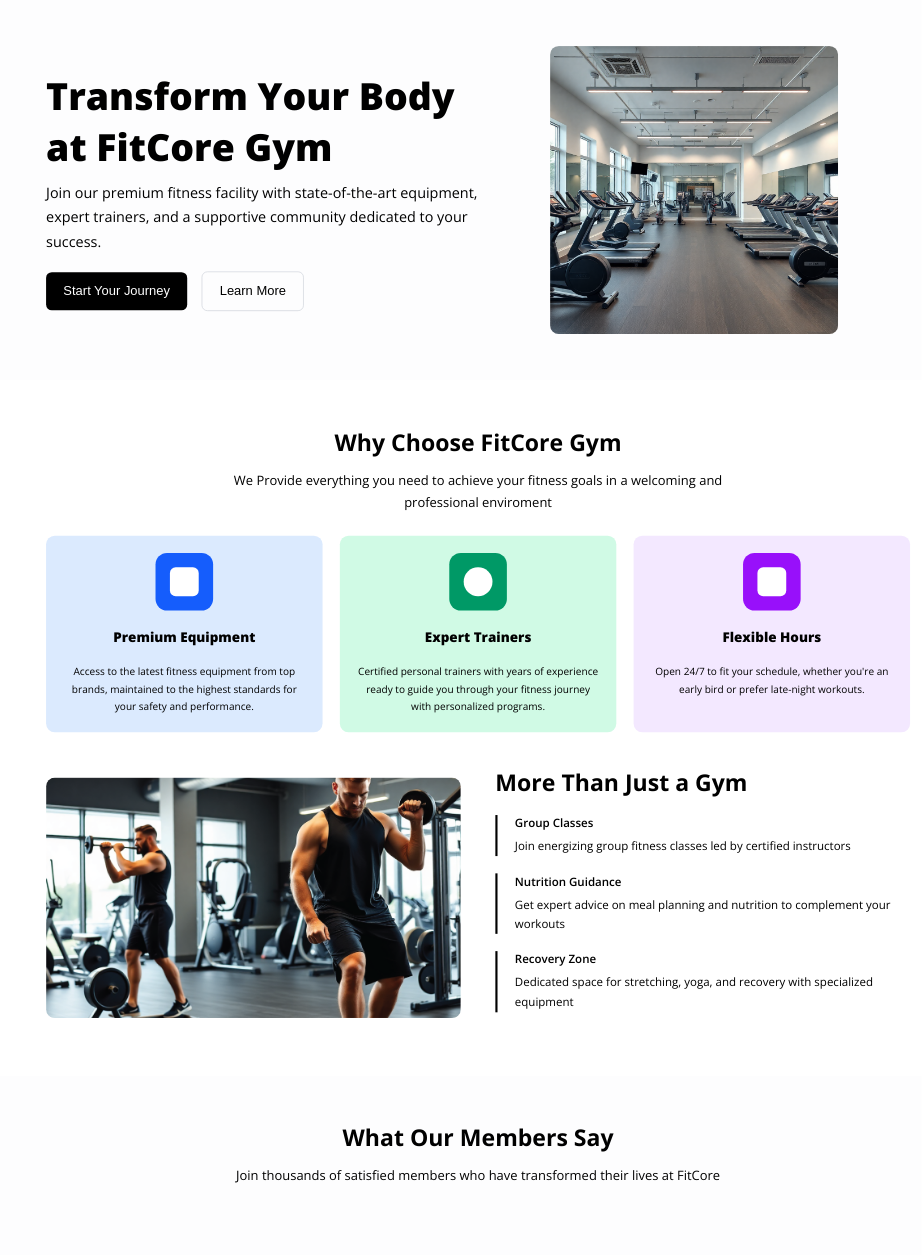
Repository: abdobadawi-ops/Route-Academy-Assignments
Page: Secon Assignment - fit-core-gym/index.html
The author's editor kept a copy of each file at every save. The page is drawn from the files as they stood at one save, then again after the next save.
The browser window is 1280 px wide. The pictures show the whole page, at 72% of full size.

Above is the page before, as saved 2026-04-28 13:30:57.

### Secon Assignment - fit-core-gym/index.html
<!doctype html>
<html lang="en">
  <head>
    <meta charset="UTF-8" />
    <meta name="viewport" content="width=device-width, initial-scale=1.0" />
    <title>FitCore Gym | Assignment 2</title>
    <meta
      name="description"
      content="Transform Your Body at FitCore Gym, We provide everything you need to achieve your fitness goals in a welcoming and professional environment."
    />
    <link rel="shortcut icon" href="./imgs/favicon.png" type="image/x-icon" />
    <link rel="preconnect" href="https://fonts.googleapis.com" />
    <link rel="preconnect" href="https://fonts.gstatic.com" crossorigin />
    <link
      href="https://fonts.googleapis.com/css2?family=Open+Sans:ital,wght@0,300..800;1,300..800&display=swap"
      rel="stylesheet"
    />
    <link rel="stylesheet" href="./style.css" />
  </head>
  <body>
    <header>
      <div class="container grid-2-cols">
        <div class="left">
          <h1>Transform Your Body at FitCore Gym</h1>
          <p>
            Join our premium fitness facility with state-of-the-art equipment,
            expert trainers, and a supportive community dedicated to your
            success.
          </p>
          <div class="buttons">
            <button class="btn btn--main">Start Your Journey</button>
            <button class="btn btn--alt">Learn More</button>
          </div>
        </div>
        <img src="./imgs/hero-section-img.png" alt="fitcore gym" />
      </div>
    </header>

    <section>
      <div class="container">
        <div class="section-heading">
          <h2>Why Choose FitCore Gym</h2>
          <p>
            We Provide everything you need to achieve your fitness goals in a
            welcoming and professional enviroment
          </p>
        </div>

        <div class="features grid-3-cols">
          <div class="feat">
            <div class="icon">
              <div></div>
            </div>
            <h3>Premium Equipment</h3>
            <p>
              Access to the latest fitness equipment from top brands, maintained
              to the highest standards for your safety and performance.
            </p>
          </div>
          <div class="feat">
            <div class="icon">
              <div></div>
            </div>
            <h3>Expert Trainers</h3>
            <p>
              Certified personal trainers with years of experience ready to
              guide you through your fitness journey with personalized programs.
            </p>
          </div>
          <div class="feat">
            <div class="icon">
              <div></div>
            </div>
            <h3>Flexible Hours</h3>
            <p>
              Open 24/7 to fit your schedule, whether you're an early bird or
              prefer late-night workouts.
            </p>
          </div>
        </div>

        <div class="premium grid-2-cols">
          <img
            src="./imgs/why-choose-us.png"
            alt="Men left weights in the gym"
          />
          <div class="items">
            <h3>More Than Just a Gym</h3>
            <div class="item">
              <h4>Group Classes</h4>
              <p>
                Join energizing group fitness classes led by certified
                instructors
              </p>
            </div>
            <div class="item">
              <h4>Nutrition Guidance</h4>
              <p>
                Get expert advice on meal planning and nutrition to complement
                your workouts
              </p>
            </div>
            <div class="item">
              <h4>Recovery Zone</h4>
              <p>
                Dedicated space for stretching, yoga, and recovery with
                specialized equipment
              </p>
            </div>
          </div>
        </div>
      </div>
    </section>

    <section class="special-bg">
      <div class="container">
        <div class="section-heading">
          <h2>What Our Members Say</h2>
          <p>
            Join thousands of satisfied members who have transformed their lives
            at FitCore
          </p>
        </div>

        <div class="testimonials"></div>
      </div>
    </section>
  </body>
</html>

### Secon Assignment - fit-core-gym/style.css
/* variables */
:root {
  --main-color: #000;
  --section-color: #fdfdfe;
}

/* global rules */
* {
  box-sizing: border-box;
  margin: 0;
  padding: 0;
}

body {
  font-family: "Open Sans", sans-serif;
}

.container {
  width: 1200px;
  margin-inline: auto;
}

section {
  padding: 64px;
}

.special-bg {
  background-color: var(--section-color);
}

/* components */
.grid-2-cols {
  display: grid;
  grid-template-columns: repeat(2, 1fr);
  align-items: center;
}

.grid-3-cols {
  display: grid;
  grid-template-columns: repeat(3, 1fr);
}

.section-heading {
  text-align: center;
  width: 700px;
  margin-inline: auto;
  margin-bottom: 32px;

  h2 {
    font-size: 32px;
    margin-bottom: 16px;
  }

  p {
    font-size: 18px;
    line-height: 1.7;
  }
}

/* header */

header {
  background-color: var(--section-color);
  padding: 64px;
  & h1 {
    font-size: 52px;
    font-weight: 900;
  }

  p {
    font-size: 20px;
    line-height: 1.7;
    margin-top: 12px;
    margin-bottom: 24px;
  }

  .btn {
    background: none;
    border: none;
    font-size: 18px;
    color: #fff;
    padding: 16px 24px;
    border-radius: 8px;
    cursor: pointer;
  }

  .buttons {
    display: flex;
    align-items: center;
    gap: 20px;
  }

  .btn--main {
    background-color: var(--main-color);
  }

  .btn--alt {
    background-color: var(--section-color);
    color: var(--main-color);
    border: 1px solid #d1d5dc;
  }

  img {
    width: 400px;
    justify-self: center;
    border-radius: 12px;
  }
}

/* features */

.features {
  column-gap: 24px;
  text-align: center;
  margin-bottom: 48px;

  .feat {
    display: flex;
    flex-direction: column;
    gap: 24px;
    padding: 24px;
    border-radius: 12px;

    h3 {
      font-weight: 800;
    }

    p {
      font-size: 14px;
      line-height: 1.7;
    }
  }

  .icon {
    width: 80px;
    height: 80px;
    border-radius: 16px;
    margin-inline: auto;
    background-color: #155dfc;
    display: flex;
    align-items: center;
    justify-content: center;

    & div {
      width: 40px;
      height: 40px;
      background-color: #fff;
      border-radius: 8px;
    }
  }

  .feat:nth-child(1) {
    background-color: #dbeafe;
  }

  .feat:nth-child(2) {
    background-color: #d0fae5;

    .icon {
      background-color: #009966;

      div {
        border-radius: 50%;
      }
    }
  }

  .feat:nth-child(3) {
    background-color: #f3e8ff;

    .icon {
      background-color: #9810fa;
    }
  }
}

.premium {
  gap: 48px;

  img {
    width: 100%;
    border-radius: 12px;
  }

  h3 {
    font-size: 32px;
    margin-bottom: 24px;
  }

  .item {
    display: flex;
    flex-direction: column;
    border-left: 3px solid #000;
    padding-left: 24px;
    margin-bottom: 24px;

    h4 {
      margin-bottom: 8px;
      font-weight: 600;
    }

    p {
      font-size: 16px;
      line-height: 1.7;
    }
  }
}

/* testimonials */

After the next save:
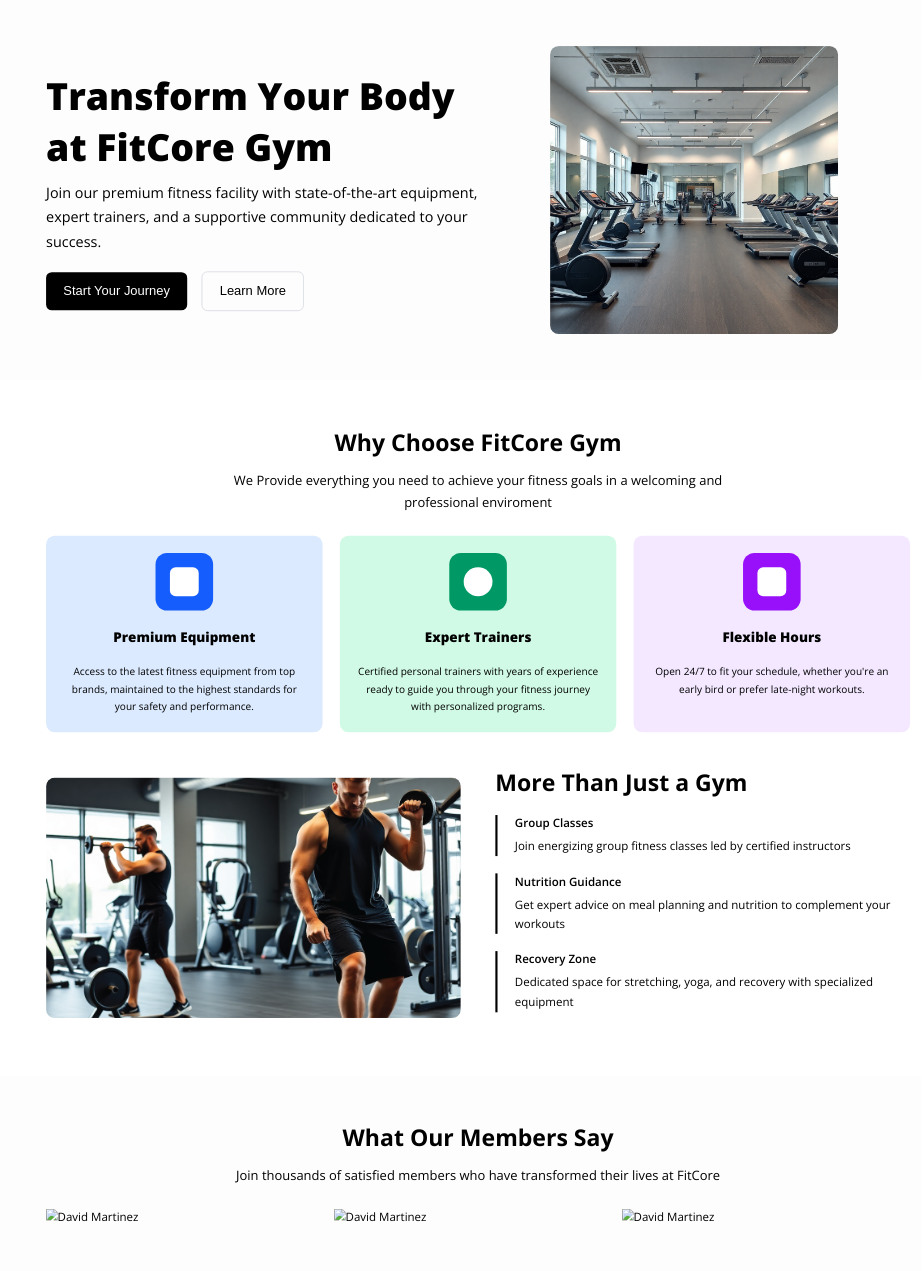
Saved 2 min 51 s later.
--- a/Secon Assignment - fit-core-gym/index.html
+++ b/Secon Assignment - fit-core-gym/index.html
@@ -122,7 +122,40 @@
           </p>
         </div>
 
-        <div class="testimonials"></div>
+        <div class="testimonials grid-3-cols">
+          <div class="review">
+            <div class="author-box">
+              <img src="" alt="David Martinez" class="author-img" />
+              <div class="author-info">
+                <h3 class="author-name"></h3>
+                <p class="author-desc"></p>
+              </div>
+              <p class="review-text"></p>
+            </div>
+          </div>
+
+          <div class="review">
+            <div class="author-box">
+              <img src="" alt="David Martinez" class="author-img" />
+              <div class="author-info">
+                <h3 class="author-name"></h3>
+                <p class="author-desc"></p>
+              </div>
+              <p class="review-text"></p>
+            </div>
+          </div>
+
+          <div class="review">
+            <div class="author-box">
+              <img src="" alt="David Martinez" class="author-img" />
+              <div class="author-info">
+                <h3 class="author-name"></h3>
+                <p class="author-desc"></p>
+              </div>
+              <p class="review-text"></p>
+            </div>
+          </div>
+        </div>
       </div>
     </section>
   </body>
